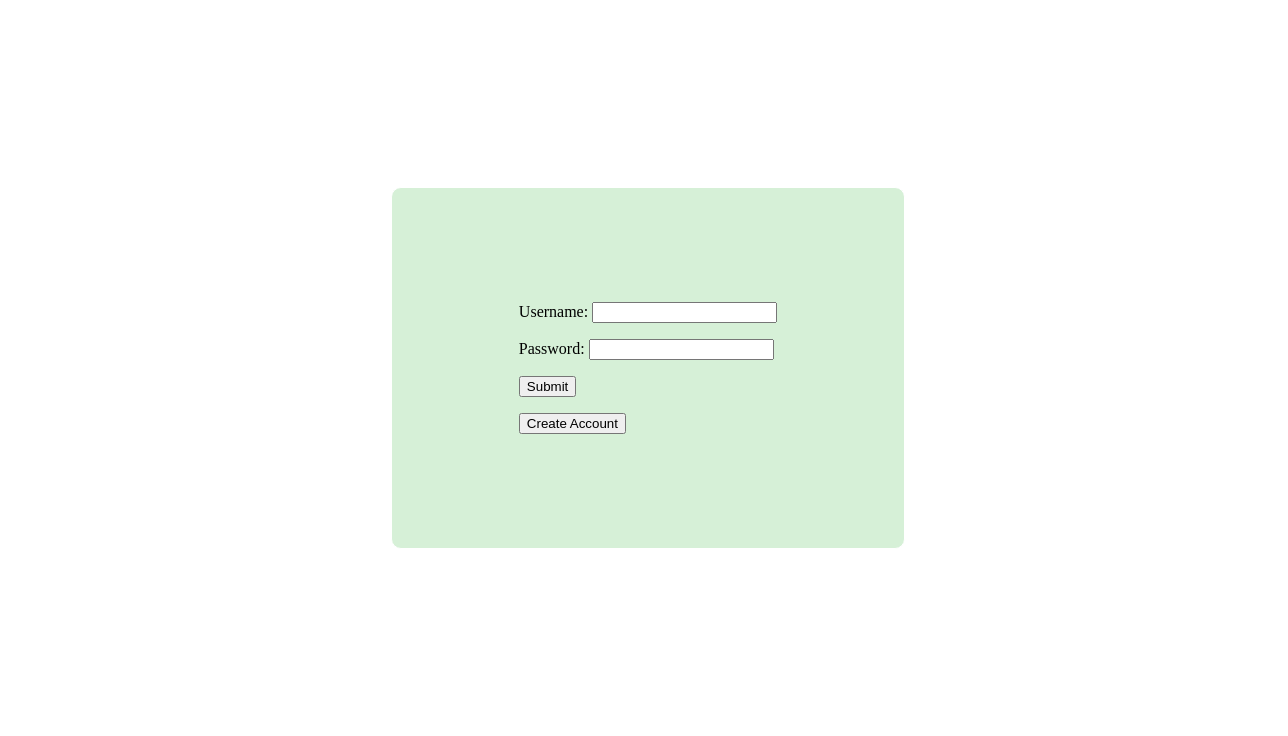
Repository: Jtho28/4830-group-project
Page: Esports-webproj/src/main/webapp/WEB-INF/Login.html
The author's editor kept a copy of each file at every save. The page is drawn from the files as they stood at one save, then again after the next save.
The browser window is 1280 px wide. The page is 1288 px wide, so the pictures cover 1288 px, including what lies to the right of the window. The pictures show the whole page.

Above is the page before, as saved 2022-11-16 20:54:44.

### Esports-webproj/src/main/webapp/WEB-INF/Login.html
<!DOCTYPE html>
<html>
<head>
<meta charset="UTF-8">
<title>Login</title>
<link rel="stylesheet" href="login.css">
</head>
<body>
<div class="login">
<form action="Login" method="post">
<p>Username: <input type="text" name="username" /></p>
<p>Password: <input type="password" name="password" /></p>
<p><input type="submit" /></p>
<p><button type="button">
Create Account
</button>
</form>
</div>
</body>
</html>

### Esports-webproj/src/main/webapp/WEB-INF/login.css
@charset "UTF-8";

body {
	display: flex;
	align-items: center;
	justify-content: center;
	height: 100vh;
	width: 100vw;

}

.login {
	height: 50vh;
	width: 40vw;
	display: flex;
	align-items: center;
	justify-content: center;
	border: 1px solid white;
	border-radius: 10px;
	background: rgba(50, 181, 55, .2);
	transition: ease all 0.5s;
}
.login:hover {
	background: red;
}

h1 {
	color: yellow;
	margin-left: 20px;
}

After the next save:
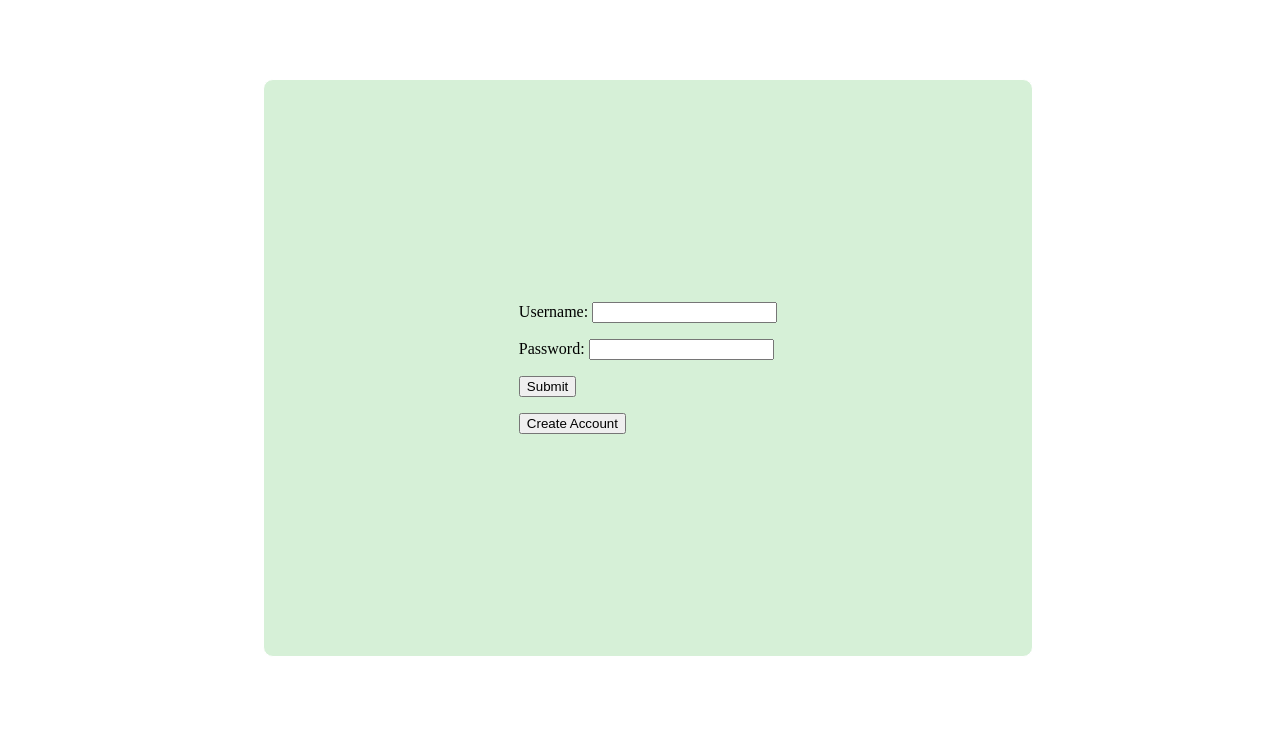
Saved 25 s later.
--- a/Esports-webproj/src/main/webapp/WEB-INF/login.css
+++ b/Esports-webproj/src/main/webapp/WEB-INF/login.css
@@ -10,8 +10,8 @@ body {
 }
 
 .login {
-	height: 50vh;
-	width: 40vw;
+	height: 80vh;
+	width: 60vw;
 	display: flex;
 	align-items: center;
 	justify-content: center;
